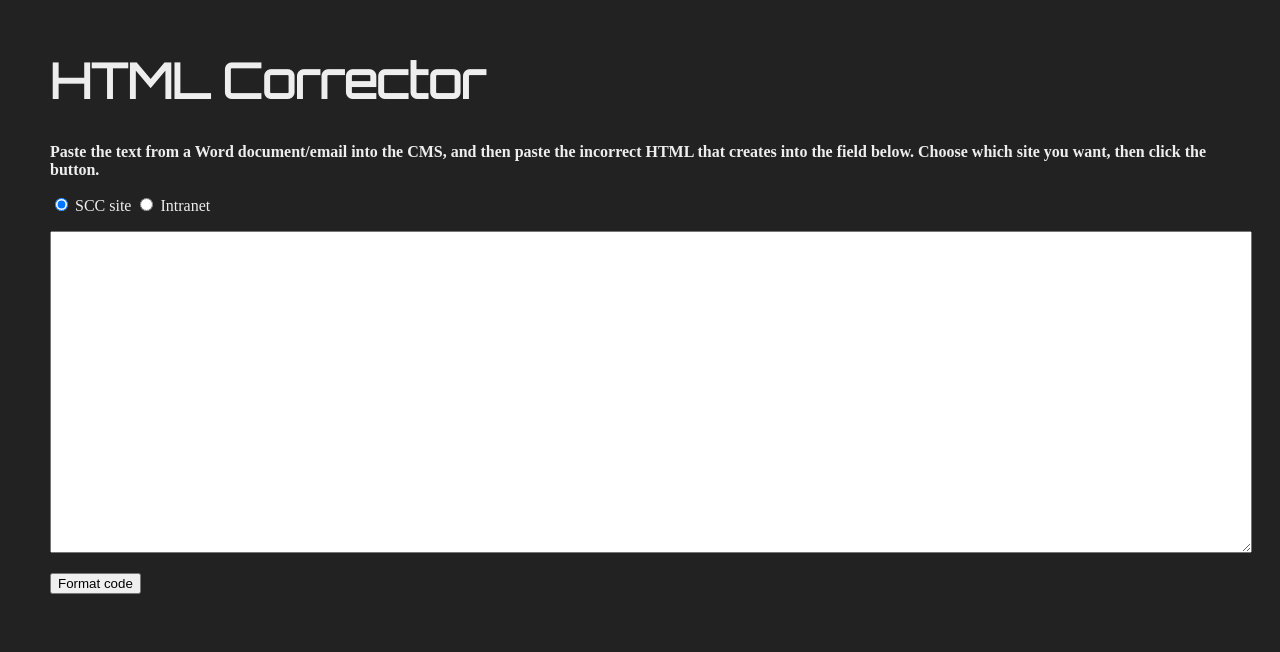
Repository: DigitalExperienceTeam/html-formatter
Page: http://localhost/index.html
The author's editor kept a record of every edit. The page is drawn from the files as they stood at one moment, then again after the next edit.
The browser window is 1280 px wide. The pictures show the whole page.
The page is run by PHP 8.4 with error messages shown; the project is at /var/www/html/.

Above is the page before.

After the next edit:
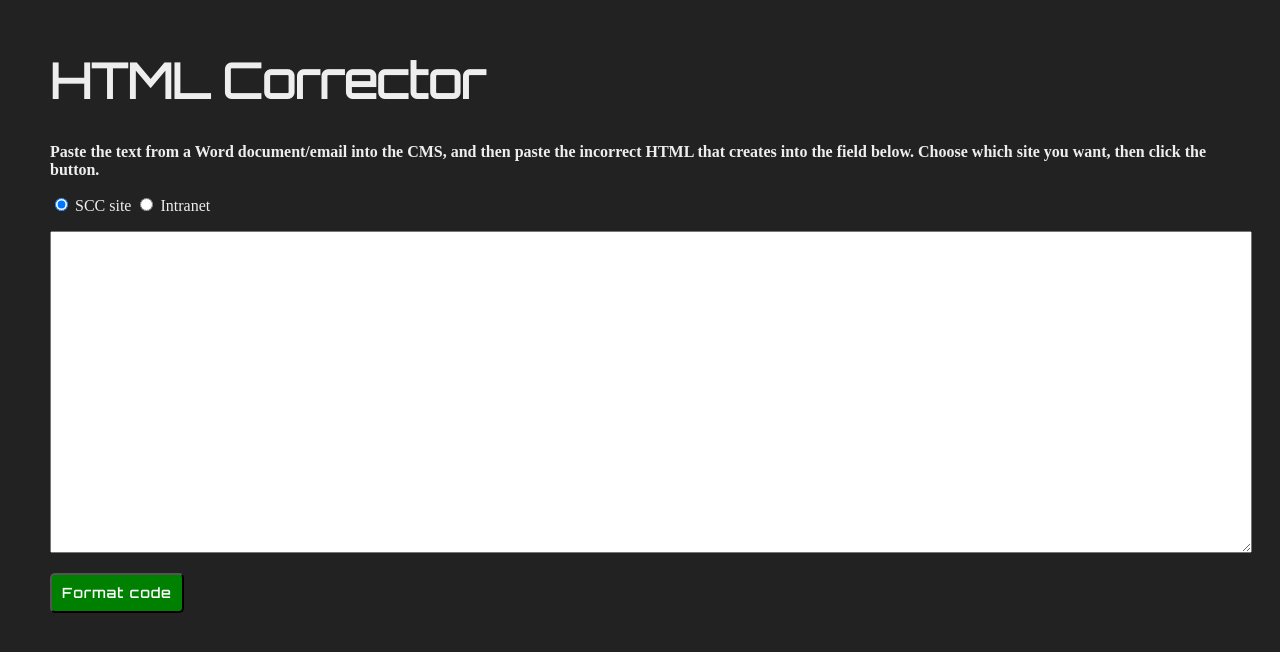
The edit:
--- a/style.css
+++ b/style.css
@@ -14,7 +14,15 @@
     font-size: 3em;
 }
 
-input:
+input[type=submit]{
+    background: green;
+    font-family: 'Orbitron', sans-serif;
+    padding: 10px;
+    border-radius: 5px;
+    color: #fff;
+    font-weight: bold;
+    letter-spacing: 1.5px;
+}
 
 .formatted {
     display: none;
